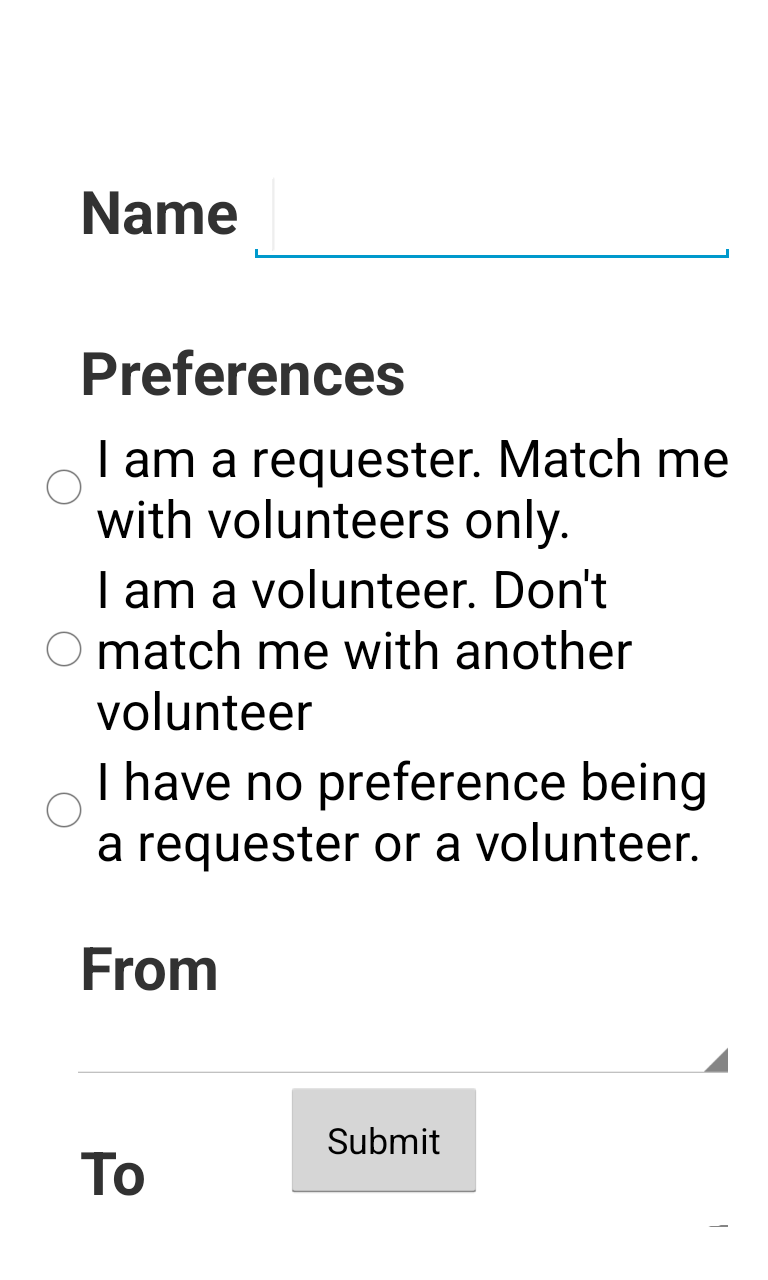
Repository: rwillmot/CS180-SafeWalk-Phase2
Layout: SafeWalkAndroidClient/res/layout/client_fragment_layout.xml
These files come from the project's save history. The layout is drawn as it stood at one moment and after the next save; the edit follows.
It is drawn on a 768 x 1280 px phone screen (xhdpi) without system bars, with theme AppTheme; the app's code is not run.

Above is the layout before, as saved 2014-12-02 22:35:44.

After the next save:
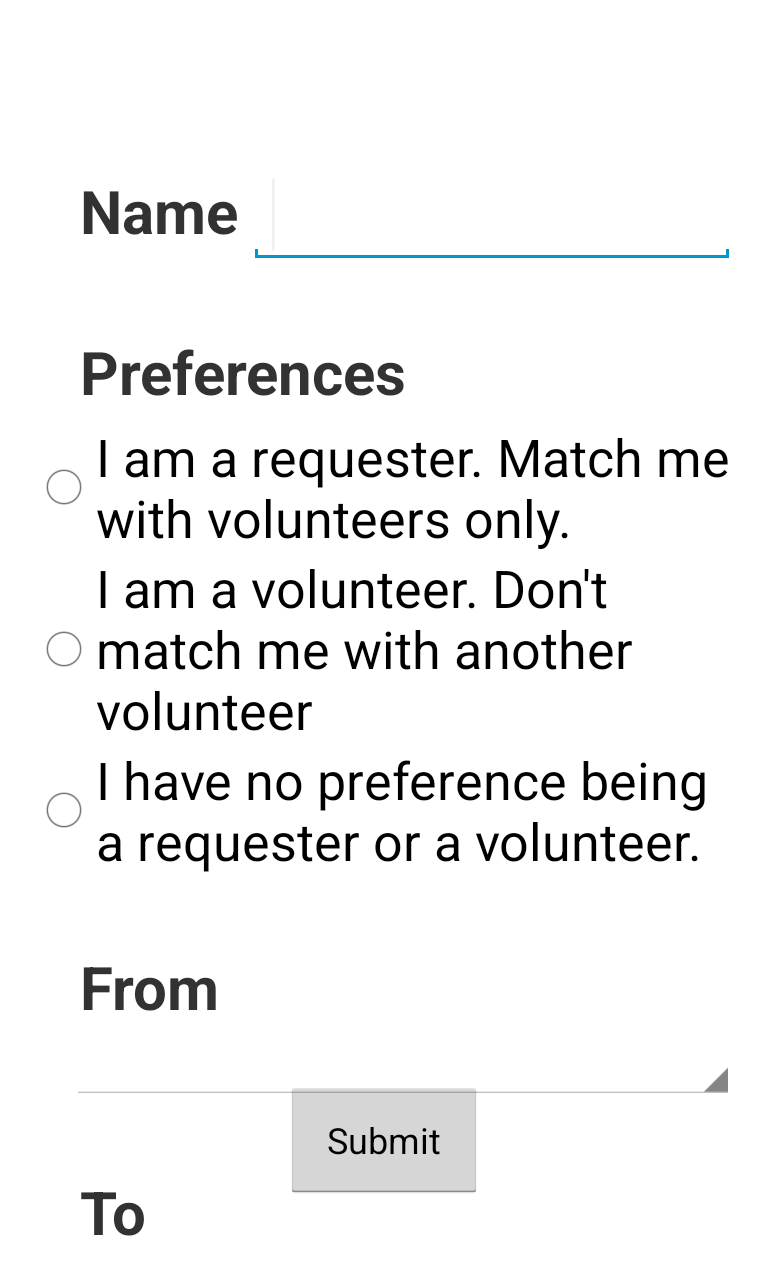
Saved 57 s later.
--- a/SafeWalkAndroidClient/res/layout/client_fragment_layout.xml
+++ b/SafeWalkAndroidClient/res/layout/client_fragment_layout.xml
@@ -114,7 +114,7 @@
         android:layout_below="@+id/radioGroup1"
 
         android:layout_marginLeft="19dp"
-        android:layout_marginTop="20dp"
+        android:layout_marginTop="30dp"
         android:padding="@dimen/padding"
         android:text="From"
         android:textSize="30sp"
@@ -126,7 +126,7 @@
         android:layout_height="wrap_content"
         android:layout_below="@+id/from_spinner"
         android:layout_marginLeft="19dp"
-        android:layout_marginTop="20dp"
+        android:layout_marginTop="30dp"
         android:padding="@dimen/padding"
         android:text="To"
         android:textSize="30sp"
